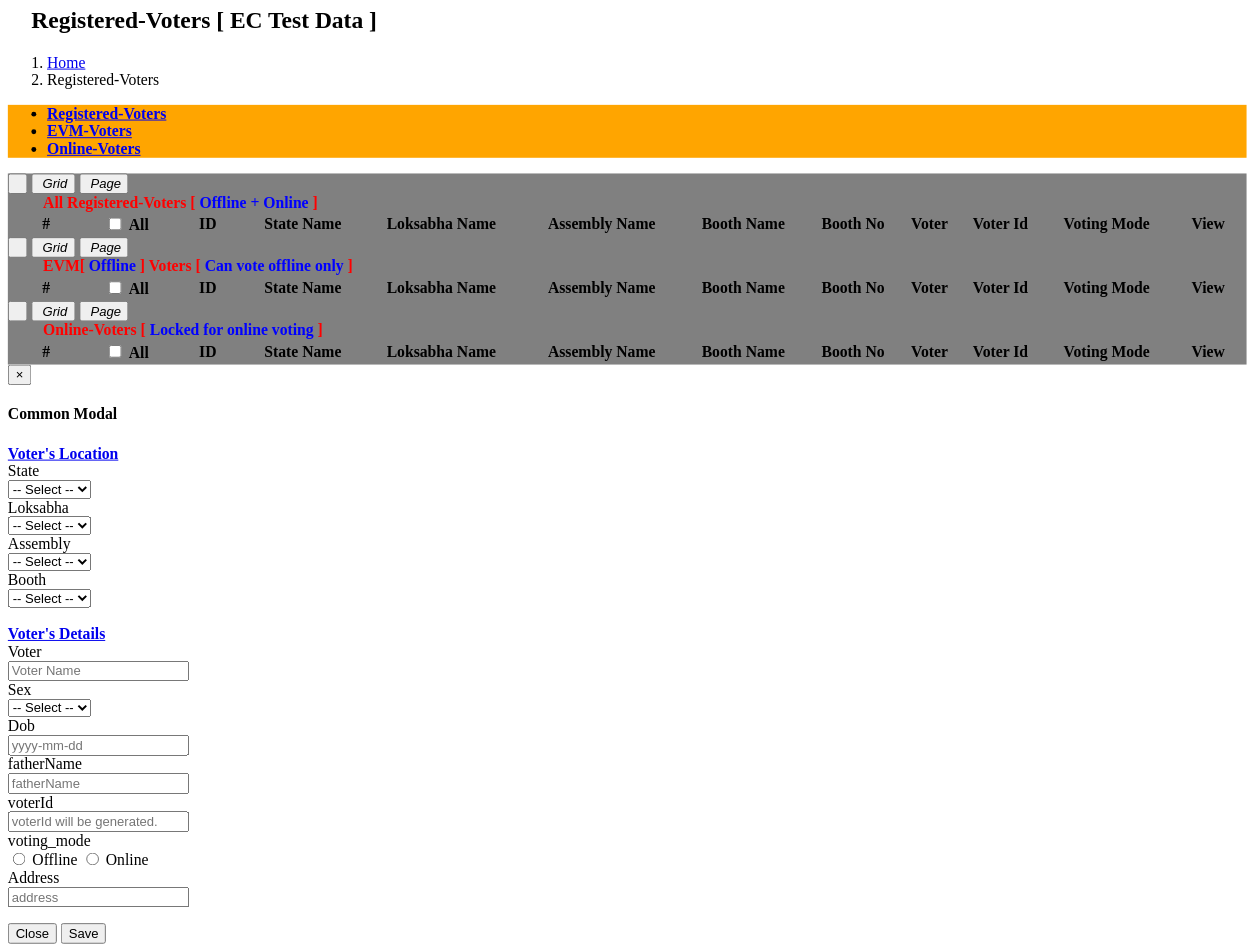
Repository: sanjeev167/IndiaOnLineVoting_3112020
Page: http://localhost/IndiaOnLineVoting/WEB-INF/jsp/ec/voters.jsp
The author's editor kept a copy of each file at every save. The page is drawn from the files as they stood at one save, then again after the next save.
The browser window is 1280 px wide. The pictures show the whole page, at 98% of full size.
The page is served by Tomcat 9. Nobody is signed in. The template is opened directly, without the code that normally fills it, so the values that code supplies are empty.

Above is the page before, as saved 2020-10-29 19:15:49.
Console error: TypeError: $(...).DataTable is not a function

After the next save:
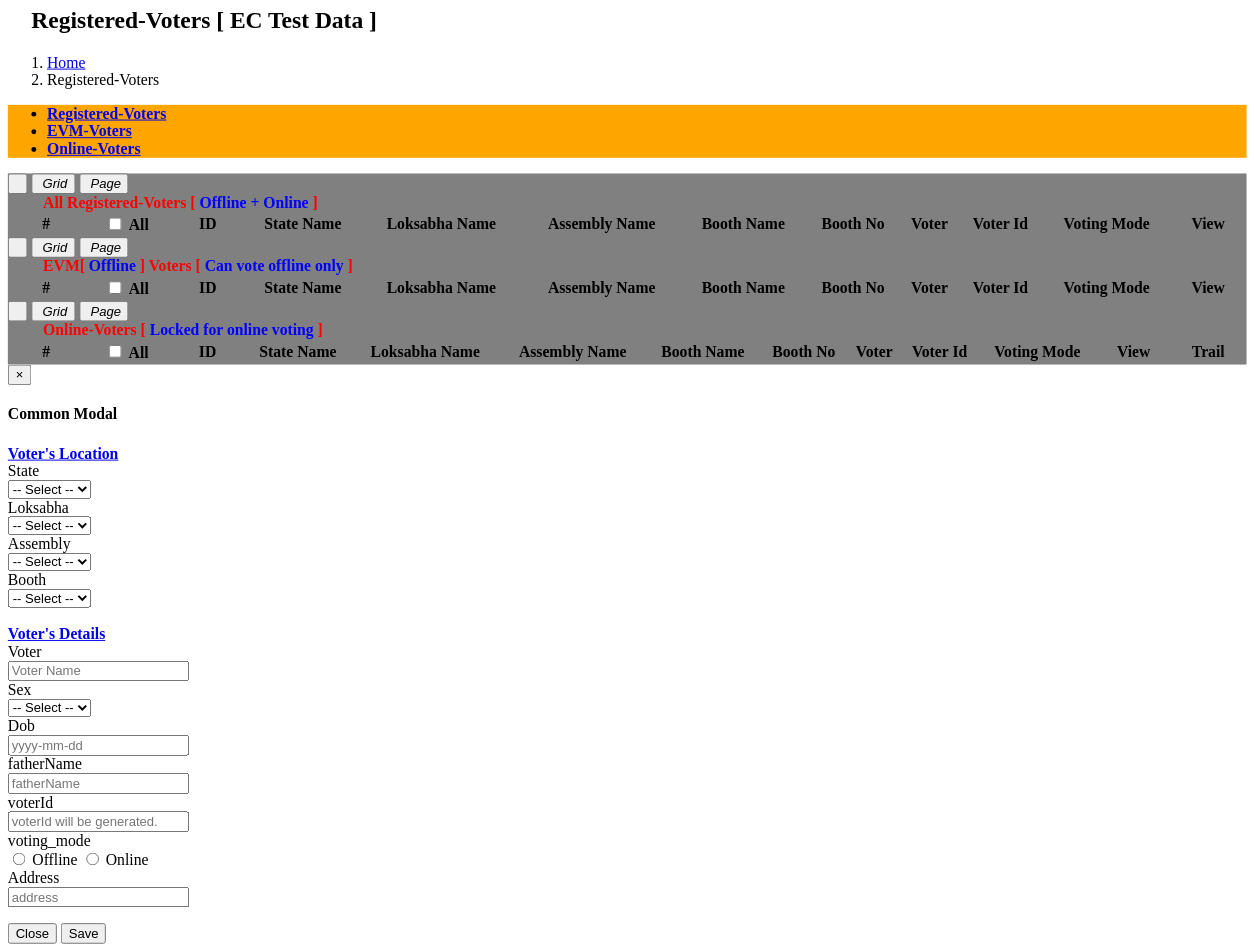
Saved 33 s later.
--- a/IndiaOnLineVoting/src/main/webapp/WEB-INF/jsp/ec/voters.jsp
+++ b/IndiaOnLineVoting/src/main/webapp/WEB-INF/jsp/ec/voters.jsp
@@ -180,6 +180,7 @@
 															<th>Voter Id</th>
 															<th>Voting Mode</th>
 															<th width="6%">View</th>
+															<th width="6%">Trail</th>
 
 														</tr>
 													</thead>
